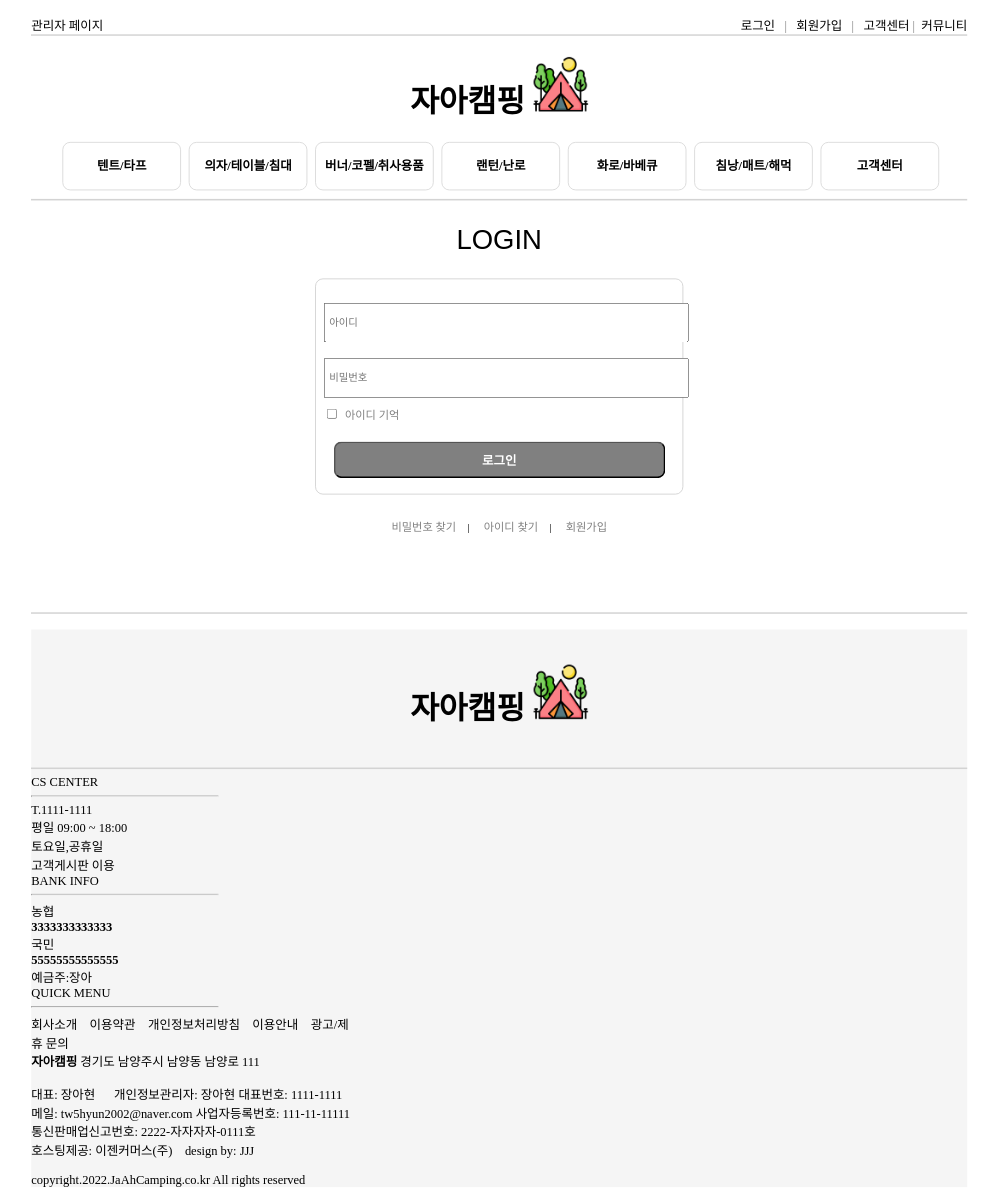
Repository: JJang-Ah/JSP-shoping-mall-project
Page: http://localhost/JaAhCamping/logon/memberLoginForm.jsp
The author's editor kept a copy of each file at every save. The page is drawn from the files as they stood at one save, then again after the next save.
The browser window is 1280 px wide. The pictures show the whole page, at 78% of full size.
Some web fonts or font styles are not loaded; a fallback is used. The page is served by Tomcat 9. Other server files are loaded and not shown.

Above is the page before, as saved 2022-06-12 14:04:22.

### JaAhCamping/WebContent/logon/memberLoginForm.jsp
<%@ page language="java" contentType="text/html; charset=UTF-8"
    pageEncoding="UTF-8"%>
<!DOCTYPE html>
<html>
<head>
<meta charset="UTF-8">
<title>로그인 폼</title>
<style>
@import url('https://fonts.googleapis.com/css2?family=Hammersmith+One&family=Paytone+One&display=swap');
#container { width: 1200px; margin: 0 auto;}
/* 상단 - 메인, 서브 타이틀 */
.t_title { font-family: 'Hammersmith One', sans-serif; font-size: 2.2em; text-align: center; margin: 30px 0;}

/* 중단 - 입력창 */
.f_input { width: 450px; text-align: center; border: 1px solid #ccc; padding: 10px; margin: 30px auto; border-radius: 10px;}
.f_input .c_id, .f_input .c_pwd { height: 45px; margin-top: 20px; padding-left: 5px;}
.f_input .f_chk { text-align: left; margin-top: 10px; font-size: 0.9em; color: gray;}
.f_input #btn_Login { width: 425px; height: 47px; margin-top: 25px; background: gray; color: white;
 font-size: 16px; font-weight: bold; cursor: pointer; margin-top: 25px; margin-bottom: 10px; border-radius: 10px;}

 /* 하단 - 비밀번호 찾기, 아이디 찾기, 회원가입 */
 .f_a { text-align: center; margin-top: 30px; font-size: 0.9em;}
 .f_a a {color: gray;}
 .t_line { border: 1px solid #e9ecef; margin: 20px 0;}


</style>

<script>
	document.addEventListener("DOMContentLoaded", function() {
		let form = document.loginForm;
		// 로그인 버튼을 클릭했을 때 유효성 검사 (공백 유무)
		let btn_Login = document.getElementById("btn_Login");
		btn_Login.addEventListener("click", function() {
			if(!form.id.value) {
				alert('아이디를 입력하시오.!');
				form.id.focus();
				return;
			}

			if(!form.pwd.value) {
				alert('비밀번호를 입력하시오.!');
				form.pwd.focus();
				return;
			}

			// 아이디 기억하기
			let now = new Date(); // 오늘 날짜
			let name = "cookieId"; // 쿠키 이름
			let value = form.id.value; // 쿠키 값

			if(form.chk.checked == true) { // 체크박스를 체크했을 때 -> 쿠키 생성
				// 만료시간: 지금으로부터 7일 후로 설정, 만료시간으로 사용
				now.setDate(now.getDate() + 7);
			} else { // 체크박스를 해제했을 때 -> 쿠키 삭제
				// 만료시간: 지금 시간으로 설정
				now.setDate(now.getDate() + 0);
			}

			// 쿠키 생성시에 필요한 정보 - 쿠키의 이름과 값, 위치, 만료시간
			// ;path=/;expires= : 현재 페이지의 위치
			document.cookie = name + "=" + escape(value) + ";path=/;expires=" +now.toGMTString() + ";";

			form.submit();
		})


		// 쿠키가 생성되어 있을 때 쿠키에 저장된 값인 아이디를 아이디 입력상자에 놓도록 하는 작업
		// 쿠키 확인 - 쿠키가 존재한다면
		if(document.cookie.length > 0) {
			var search = "cookieId=";
			var idx = document.cookie.indexOf(search); // 쿠키 중에서 cookieId=이 나오는 위치
			if(idx != -1) { // cookieId값이 존재한다면
				idx += search.length;
				var end = document.cookie.indexOf(';', idx);

				if(end == -1) {
					end = document.cookie.length;
				}

				form.id.value = document.cookie.substring(idx, end);
				form.chk.checked = true;
			}
		}
	})
</script>
</head>
<body>

<div id="container">
	<jsp:include page="../mall/shopTop.jsp"></jsp:include>
	<div class="t_title">LOGIN</div>

	<form action="memberLoginPro.jsp" method="post" name="loginForm">
		<div class="f_input">
			<div class="f_id"><input type="text" id="id" name="id" class="c_id" placeholder="아이디" size="55"></div>
			<div class="f_pwd"><input type="password" id="pwd" name="pwd" class="c_pwd" placeholder="비밀번호" size="55"></div>
			<div class="f_chk">
				<input type="checkbox" id="chk" class="c_chk" size="55" name="chk">&nbsp;
				<label for="chk">아이디 기억</label>
			</div>
			<div class="f_submit"><input type="button" value="로그인" id="btn_Login"></div>
		</div>
		<div class="f_a">
			<a href="#">비밀번호 찾기</a>&emsp;|&emsp;
			<a href="#">아이디 찾기</a>&emsp;|&emsp;
			<a href="../member/memberJoinForm.jsp">회원가입</a>
		</div>
	</form>
	<hr class="t_line">
	<jsp:include page="../mall/shopBottom.jsp"></jsp:include>
</div>

</body>
</html>

### JaAhCamping/WebContent/mall/shopTop.jsp
<%@ page language="java" contentType="text/html; charset=UTF-8"
    pageEncoding="UTF-8"%>
<!DOCTYPE html>
<html>
<head>
<meta charset="UTF-8">
<title>Insert title here</title>
<link href="https://fonts.googleapis.com/css2?family=Do+Hyeon&display=swap" rel="stylesheet">

<style>
#container { width: 1200px; margin: 20px auto;}
/* 상단 */
a { text-decoration: none; color: black;}
.t_box1 { text-align: right;}
.t_box1 #admin_page { display: inline-block; float: left;}
.t_box1 .user_menu { display: inline-block; float: right; color: gray;}
.h_line { clear: both; border: 1px solid lightgray; margin-top: 20px;}
.title { text-align: center; font-family: 'Do Hyeon', sans-serif; font-size: 40px;}
#camping { width: 70px; height: 70px;}
#title_sub_go { font-size: 0.8em;}

/* 메뉴 */
.m_menu { list-style: none; font-weight: bold;}
.m_menu .m_m_list { display: inline-block; float: left; width: 150px; height: 60px;
margin-right: 10px; border: 1px solid lightgray; text-align: center; line-height: 60px; border-radius: 10px;}
.m_menu > .m_m_list { position: relative;}
.m_menu { color: black;}
.m_menu > .m_m_list:hover >.s_menu { display: block;}
.m_m_list > .s_menu { display: none; position: absolute; top: 61px; border: 1px solid lightgray; background: white; border-radius: 10px;}
.s_menu .s_m_list { text-align: left; width: 200px;}

.t_line { clear: both; border: 1px solid lightgray; margin-top: 100px;}
</style>
</head>
<body>
<%
request.setCharacterEncoding("utf-8");

String memberId = (String)session.getAttribute("memberId");

if(memberId == null) {

}

%>
<div id="container">

	<div class="t_box1"> <%--  --%>
		<div id="admin_page"><a href="http://localhost:8088/JaAhCamping/manager/managerMain.jsp">관리자 페이지</a></div>
		<div class="user_menu">
		<%if(memberId == null) {  %>
			<a href="http://localhost:8088/JaAhCamping/logon/memberLoginForm.jsp"><span>로그인</span></a>&ensp; |&ensp;
			<a href="http://localhost:8088/JaAhCamping/member/memberJoinForm.jsp"><span>회원가입</span></a>&ensp; |&ensp;
		<%} else { %>
			<a href="../member/memberInfoForm.jsp"><span><%=memberId %>님</span></a>&ensp; |&ensp;
			<a href="../logon/memberLogout.jsp"><span>로그아웃</span></a>&ensp; |&ensp;
			<a href="#"><span>장바구니</span></a>&ensp; |&ensp;
		<%} %>
		<a href="#">고객센터</a>&nbsp;|&nbsp;
		<a href="#">커뮤니티</a>
		</div>
	</div>
	<hr class="h_line">

	<%-- 상단 제목 --%>
	<h1 class="title"><a href="http://localhost:8088/JaAhCamping/mall/shopAll.jsp">자아캠핑&nbsp;<img alt="camping" src="/JaAhCamping/icons/camping.png" id="camping"></a></h1>



	<nav class="menu">
		<ul class="m_menu">
			<li class="m_m_list"><a href="#">텐트/타프</a>
				<div class="s_menu">
					<ul>
						<li class="s_m_list"><a href="#">텐트</a></li>
						<li class="s_m_list"><a href="#">텐트관련품</a></li>
						<li class="s_m_list"><a href="#">타프</a></li>
						<li class="s_m_list"><a href="#">폴대/펙/스트링/스토퍼</a></li>
						<li class="s_m_list"><a href="#">공구</a></li>
						<li class="s_m_list"><a href="#">기타(텐트/타프)</a></li>
					</ul>
				</div>
			</li>
			<li class="m_m_list"><a href="#">의자/테이블/침대</a>
				<div class="s_menu">
					<ul>
						<li class="s_m_list"><a href="#">의자</a></li>
						<li class="s_m_list"><a href="#">테이블</a></li>
						<li class="s_m_list"><a href="#">선반/수납가구</a></li>
						<li class="s_m_list"><a href="#">야전침대</a></li>
						<li class="s_m_list"><a href="#">퍼니쳐</a></li>
						<li class="s_m_list"><a href="#">기타(의자/테이블/침대)</a></li>
					</ul>
				</div>
			</li>
			<li class="m_m_list"><a href="#">버너/코펠/취사용품</a>
				<div class="s_menu">
					<ul>
						<li class="s_m_list"><a href="#">버너</a></li>
						<li class="s_m_list"><a href="#">코펠</a></li>
						<li class="s_m_list"><a href="#">취사용품</a></li>
						<li class="s_m_list"><a href="#">식기류</a></li>
						<li class="s_m_list"><a href="#">기타(버터/코펠/취사용품)</a></li>
					</ul>
				</div>
			</li>
			<li class="m_m_list"><a href="#">랜턴/난로</a>
				<div class="s_menu">
					<ul>
						<li class="s_m_list"><a href="#">랜턴</a></li>
						<li class="s_m_list"><a href="#">후레쉬</a></li>
						<li class="s_m_list"><a href="#">난로</a></li>
						<li class="s_m_list"><a href="#">액세서리</a></li>
						<li class="s_m_list"><a href="#">기타(랜턴/난로)</a></li>
					</ul>
				</div>
			</li>
			<li class="m_m_list"><a href="#">화로/바베큐</a>
				<div class="s_menu">
					<ul>
						<li class="s_m_list"><a href="#">화로대</a></li>
						<li class="s_m_list"><a href="#">바베큐 그릴</a></li>
						<li class="s_m_list"><a href="#">토치</a></li>
						<li class="s_m_list"><a href="#">바베큐 소품</a></li>
						<li class="s_m_list"><a href="#">기타(화로/바베큐)</a></li>
					</ul>
				</div>
			</li>
			<li class="m_m_list"><a href="#">침낭/매트/해먹</a>
				<div class="s_menu">
					<ul>
						<li class="s_m_list"><a href="#">침낭</a></li>
						<li class="s_m_list"><a href="#">베개/쿠션/방석</a></li>
						<li class="s_m_list"><a href="#">매트</a></li>
						<li class="s_m_list"><a href="#">해먹</a></li>
						<li class="s_m_list"><a href="#">기타(침낭/매트/해먹)</a></li>
					</ul>
				</div>
			</li>
			<li class="m_m_list"><a href="#">고객센터</a>
			</li>
		</ul>
	</nav>
	<hr class="t_line">
</div>

</body>
</html>

### JaAhCamping/WebContent/mall/shopBottom.jsp
<%@ page language="java" contentType="text/html; charset=UTF-8"
    pageEncoding="UTF-8"%>
<!DOCTYPE html>
<html>
<head>
<meta charset="UTF-8">
<title>Insert title here</title>
<style>
#container_bottom {  width: 100%; background: #f5f5f5;}

.b_line { border: 1px solid lightgray; margin-top: 50px;}


.b_box1 { width: 20%;}
.b_box2 { width: 20%;}
.b_box3 { width: 20%;}
.b_box4 { width: 35%;}


</style>
</head>
<body>
<div id="container_bottom">
	<br>
	<h1 class="title"><a href="http://localhost:8088/JaAhCamping/mall/shopAll.jsp">자아캠핑&nbsp;<img alt="camping" src="/JaAhCamping/icons/camping.png" id="camping"></a></h1>
	<hr class="b_line">
	<div class="b_boxes">
		<div class="b_box1">
			<span>CS CENTER</span>
			<hr>
			<span>T.1111-1111</span><br>
			<span>평일 09:00 ~ 18:00<br>
			토요일,공휴일<br>
			고객게시판 이용</span>
		</div>
		<div class="b_box2">
			<span>BANK INFO</span>
			<hr>
			<span>
			농협 <br>
			<b>3333333333333</b><br>
			국민<br>
			<b>55555555555555</b><br>
			예금주:장아
			</span>
		</div>
		<div class="b_box3">
			<span>QUICK MENU</span>
			<hr>
			<div>

			</div>
		</div>
		<div class="b_box4">
		회사소개 &ensp; 이용약관 &ensp; 개인정보처리방침 &ensp; 이용안내 &ensp; 광고/제휴 문의<br>
		<b>자아캠핑</b>
		<span>
		경기도 남양주시 남양동 남양로 111 <br><br>
		대표: 장아현 &ensp;&ensp; 개인정보관리자: 장아현
		대표번호: 1111-1111&ensp;&ensp; 메일: tw5hyun2002@naver.com
		사업자등록번호: 111-11-11111<br>
		통신판매업신고번호: 2222-자자자자-0111호<br>
		호스팅제공: 이젠커머스(주)&ensp;&ensp;design by: JJJ<br><br>
		copyright.2022.JaAhCamping.co.kr All rights reserved
		</span>

		</div>
	</div>

</div>
</body>
</html>

After the next save:
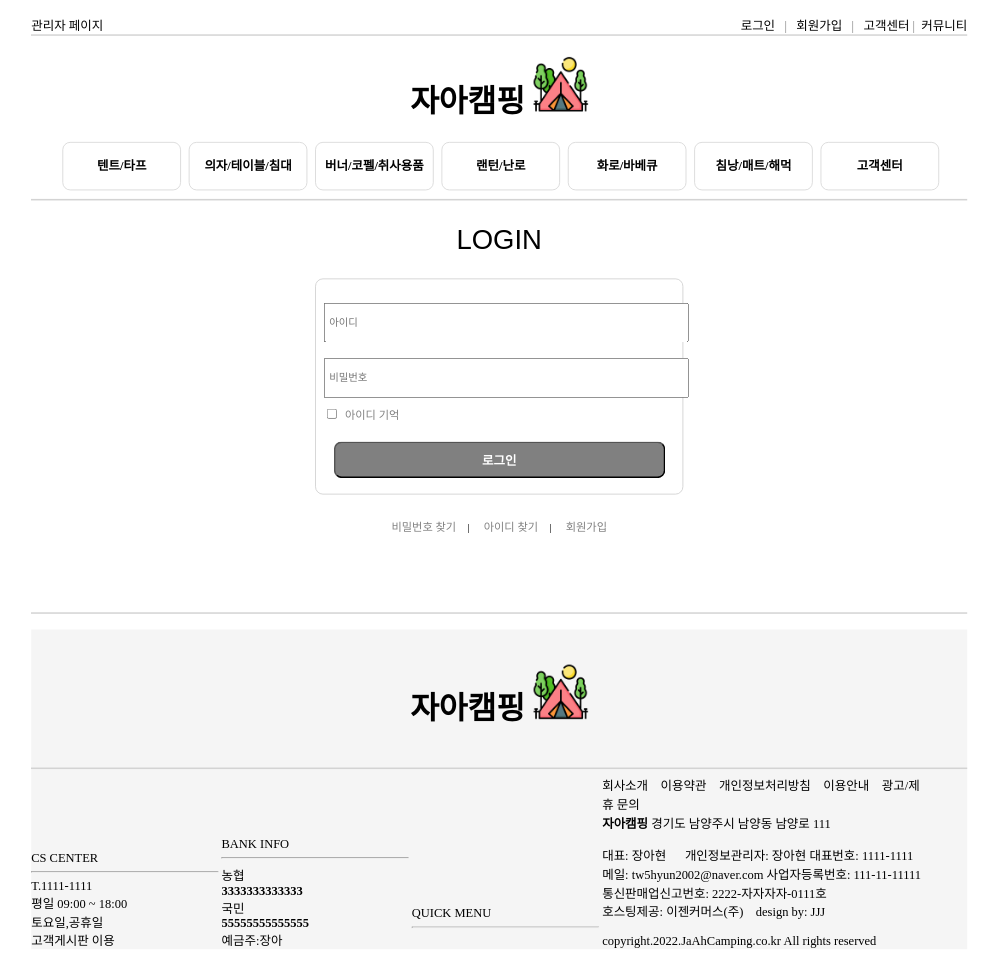
Saved 29 s later.
--- a/JaAhCamping/WebContent/mall/shopBottom.jsp
+++ b/JaAhCamping/WebContent/mall/shopBottom.jsp
@@ -10,7 +10,7 @@
 
 .b_line { border: 1px solid lightgray; margin-top: 50px;}
 
-
+.b_boxes div { display: inline-block;}
 .b_box1 { width: 20%;}
 .b_box2 { width: 20%;}
 .b_box3 { width: 20%;}
